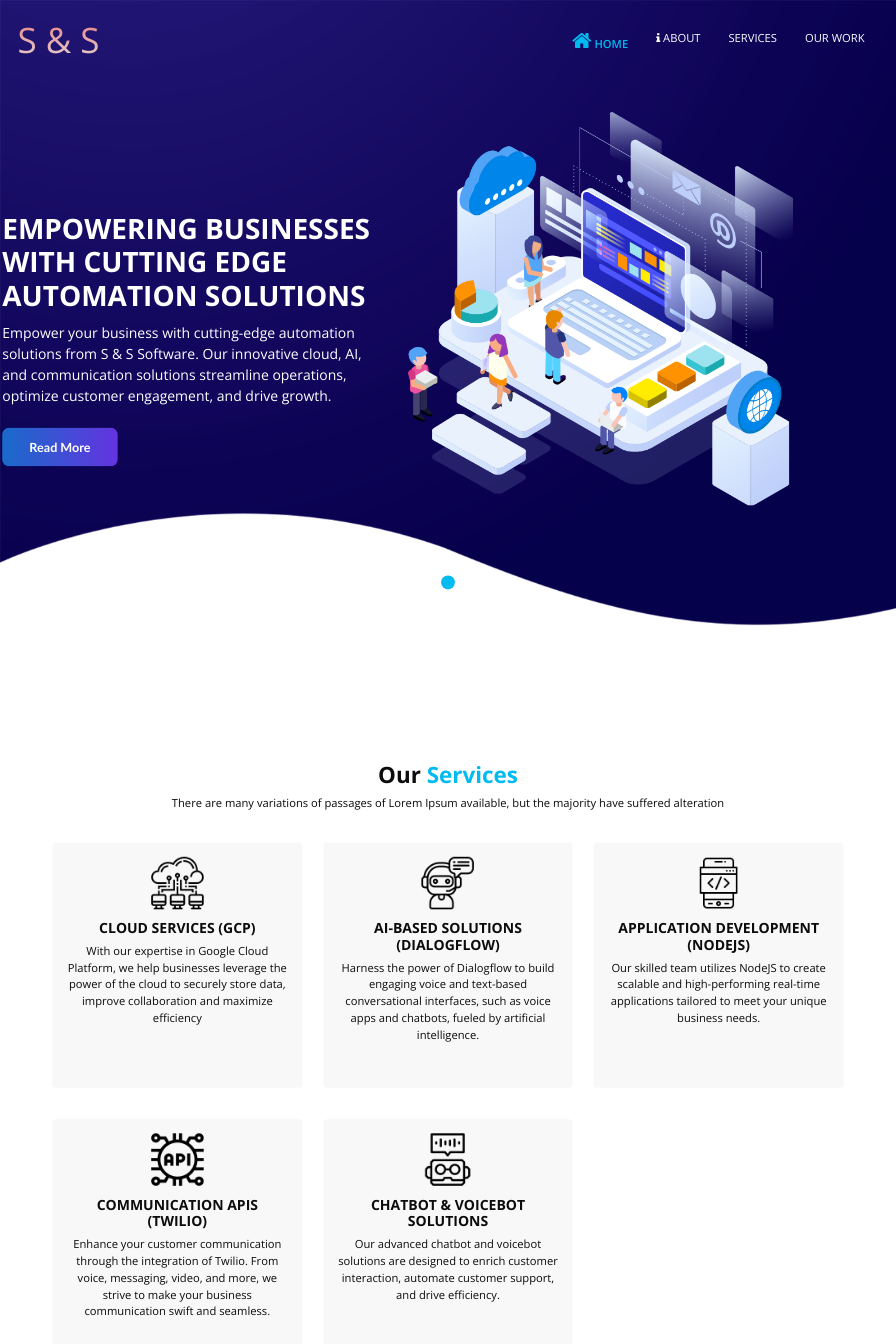
Repository: samuelsns/S-S-Software
Page: index.html
An editor plug-in stored every save of this project. The page is shown before and after the next save, followed by the edit.
The browser window is 1280 px wide. The pictures show the part of the page from y = 0 to 1920 px (the page is 4829 px tall), at 70% of full size.

Above is the page before, as saved 2023-12-01 04:06:52.

### index.html
<!DOCTYPE html>
<html>
  <head>
    <!-- Basic -->
    <meta charset="utf-8" />
    <meta http-equiv="X-UA-Compatible" content="IE=edge" />
    <!-- Mobile Metas -->
    <meta
      name="viewport"
      content="width=device-width, initial-scale=1, shrink-to-fit=no"
    />
    <!-- Site Metas -->
    <meta name="keywords" content="" />
    <meta name="description" content="" />
    <meta name="author" content="" />
    <link rel="shortcut icon" href="images/favicon.png" type="" />

    <title>S&S</title>

    <!-- bootstrap core css -->
    <link rel="stylesheet" type="text/css" href="css/bootstrap.css" />

    <!-- fonts style -->
    <link
      href="https://fonts.googleapis.com/css2?family=Roboto:wght@400;500;700;900&display=swap"
      rel="stylesheet"
    />

    <!--owl slider stylesheet -->
    <link
      rel="stylesheet"
      type="text/css"
      href="https://cdnjs.cloudflare.com/ajax/libs/OwlCarousel2/2.3.4/assets/owl.carousel.min.css"
    />

    <!-- font awesome style -->
    <link href="css/font-awesome.min.css" rel="stylesheet" />

    <!-- Custom styles for this template -->
    <link href="css/style.css" rel="stylesheet" />
    <!-- responsive style -->
    <link href="css/responsive.css" rel="stylesheet" />
  </head>

  <body>
    <div class="hero_area">
      <div class="hero_bg_box">
        <div class="bg_img_box">
          <img src="images/hero-bg.png" alt="" />
        </div>
      </div>

      <!-- header section strats -->
      <header class="header_section">
        <div class="container-fluid">
          <nav class="navbar navbar-expand-lg custom_nav-container">
            <a class="navbar-brand" href="index.html">
              <span> S & S </span>
            </a>

            <button
              class="navbar-toggler"
              type="button"
              data-toggle="collapse"
              data-target="#navbarSupportedContent"
              aria-controls="navbarSupportedContent"
              aria-expanded="false"
              aria-label="Toggle navigation"
            >
              <span class=""> </span>
            </button>

            <div class="collapse navbar-collapse" id="navbarSupportedContent">
              <div class="collapse navbar-collapse" id="navbarSupportedContent">
                <ul class="navbar-nav  ">
                  <li class="nav-item active">
                    <a class="nav-link" href="index.html"><i class="fa fa-home" aria-hidden="true"></i> Home <span class="sr-only">(current)</span></a>
                  </li>
                  <li class="nav-item">
                    <a class="nav-link" href="about.html"><i class="fa fa-info" aria-hidden="true"></i> About</a>
                  </li>
                  <li class="nav-item">
                    <a class="nav-link" href="service.html">Services</a>
                  </li>
                  <li class="nav-item">
                    <a class="nav-link" href="work.html">Our Work</a>
                  </li>
                </ul>
            </div>
          </nav>
        </div>
      </header>
      <!-- end header section -->
      <!-- slider section -->
      <section class="slider_section">
        <div id="customCarousel1" class="carousel slide" data-ride="carousel">
          <div class="carousel-inner">
            <div class="carousel-item active">
              <div class="container">
                <div class="row">
                  <div class="col-md-6">
                    <div class="detail-box">
                      <h1>
                        Empowering Businesses with Cutting Edge Automation
                        Solutions
                      </h1>
                      <p>Empower your business with cutting-edge automation
                        solutions from S & S Software. Our innovative cloud,
                        AI, and communication solutions streamline operations,
                        optimize customer engagement, and drive growth.</p>
                      <div class="btn-box">
                        <a href="about.html" class="btn1"> Read More </a>
                      </div>
                    </div>
                  </div>
                  <div class="col-md-6">
                    <div class="img-box">
                      <img src="images/slider-img.png" alt="" />
                    </div>
                  </div>
                </div>
              </div>
            </div>
            <div class="carousel-item">
              <div class="container">
                <div class="row">
                  <div class="col-md-6">
                    <div class="detail-box">
                      <h1>
                        Transform Customer Interactions with AI-Powered Chat & Voice Bots
                      </h1>
                      <p>
                        Elevate customer experiences with our advanced chat and voice
                        bots. Powered by artificial intelligence, personalized interactions,
                        and seamless communication.
                      </p>
                      <div class="btn-box">
                        <a href="about.html" class="btn1"> Read More </a>
                      </div>
                    </div>
                  </div>
                  <div class="col-md-6">
                    <div class="img-box">
                      <img src="images/slider2-img.png" alt="" />
                    </div>
                  </div>
                </div>
              </div>
            </div>
            <div class="carousel-item">
              <div class="container">
                <div class="row">
                  <div class="col-md-6">
                    <div class="detail-box">
                      <h1>
                        Embrace the Future of Business with Cloud-Powered Automation
                      </h1>
                      <p>
                        Harness the power of cloud technology to transform your
                        business. Our Google Cloud Platform expertise empowers
                        you to securely store data, collaborate effectively,
                        and maximize efficiency.
                      </p>
                      <div class="btn-box">
                        <a href="about.html" class="btn1"> Read More </a>
                      </div>
                    </div>
                  </div>
                  <div class="col-md-6">
                    <div class="img-box">
                      <img src="images/slider3-img.png" alt="" />
                    </div>
                  </div>
                </div>
              </div>
            </div>
          </div>
          <ol class="carousel-indicators">
            <li
              data-target="#customCarousel1"
              data-slide-to="0"
              class="active"
            ></li>
            <li data-target="#customCarousel1" data-slide-to="1"></li>
            <li data-target="#customCarousel1" data-slide-to="2"></li>
          </ol>
        </div>
      </section>
      <!-- end slider section -->
    </div>

    <!-- service section -->

    <section class="service_section layout_padding">
      <div class="service_container">
        <div class="container">
          <div class="heading_container heading_center">
            <h2>Our <span>Services</span></h2>
            <p>
              There are many variations of passages of Lorem Ipsum available,
              but the majority have suffered alteration
            </p>
          </div>
          <div class="row">
            <div class="col-md-4">
              <div class="box">
                <div class="img-box">
                  <img src="images/cloud.png" alt="" />
                </div>
                <div class="detail-box">
                  <h5>Cloud Services (GCP)</h5>
                  <p>
                    With our expertise in Google Cloud Platform,
                    we help businesses leverage the power of the
                    cloud to securely store data, improve
                    collaboration and maximize efficiency
                  </p>
                </div>
              </div>
            </div>
            <div class="col-md-4">
              <div class="box">
                <div class="img-box">
                  <img src="images/ai.png" alt="" />
                </div>
                <div class="detail-box">
                  <h5>AI-Based Solutions (Dialogflow)</h5>
                  <p>
                    Harness the power of Dialogflow to build
                    engaging voice and text-based conversational
                    interfaces, such as voice apps and chatbots,
                    fueled by artificial intelligence.
                  </p>
                </div>
              </div>
            </div>
            <div class="col-md-4">
              <div class="box">
                <div class="img-box">
                  <img src="images/app.png" alt="" />
                </div>
                <div class="detail-box">
                  <h5>Application Development (NodeJS)</h5>
                  <p>
                    Our skilled team utilizes NodeJS to create
                    scalable and high-performing real-time
                    applications tailored to meet your unique
                    business needs.
                  </p>
                </div>
              </div>
            </div>

            <div class="col-md-4">
              <div class="box">
                <div class="img-box">
                  <img src="images/api.png" alt="" />
                </div>
                <div class="detail-box">
                  <h5>Communication APIs (Twilio)</h5>
                  <p>
                    Enhance your customer communication through
                    the integration of Twilio. From voice,
                    messaging, video, and more, we strive to
                    make your business communication swift and seamless.
                  </p>
                </div>
              </div>
            </div>

            <div class="col-md-4">
              <div class="box">
                <div class="img-box">
                  <img src="images/voice.png" alt="" />
                </div>
                <div class="detail-box">
                  <h5>Chatbot & Voicebot Solutions</h5>
                  <p>
                    Our advanced chatbot and voicebot solutions
                    are designed to enrich customer interaction,
                    automate customer support, and drive efficiency.
                  </p>
                </div>
              </div>
            </div>
          </div>
          <div class="btn-box">
            <a href="service.html"> View All </a>
          </div>
        </div>
      </div>
    </section>

    <!-- end service section -->

    <!-- about section -->

    <section class="about_section layout_padding">
      <div class="container">
        <div class="row">
          <div class="col-md-6">
            <div class="img-box">
              <img src="images/about-img.png" alt="" />
            </div>
          </div>
          <div class="col-md-6">
            <div class="detail-box">
              <div class="heading_container heading_center">
                <h2>About <span>Us</span></h2>
              </div>
              <p>
                S & S Software is your trusted partner in automation
                technology, providing state-of-the-art solutions to
                streamline operations, optimize customer engagement,
                and give your business a competitive edge. Leveraging
                advanced technologies like GCP, Dialogflow, NodeJS,
                Twilio, and sophisticated chat and voice bots, we
                empower businesses to harness the power of the cloud,
                build engaging AI-based conversational interfaces,
                create scalable real-time applications, enhance customer
                communication, and automate customer support. Our
                experienced team of developers and consultants
                collaborates closely with you to understand your
                unique needs and deliver custom solutions that exceed
                your expectations. Discover how S & S Software can
                transform your business today.
              </p>
              <a href="about.html"> Read More </a>
            </div>
          </div>
        </div>
      </div>
    </section>

    <!-- end about section -->

    <!-- why section -->

    <section class="why_section layout_padding">
      <div class="container">
        <div class="heading_container heading_center">
          <h2>Why Choose <span>Us</span></h2>
        </div>
        <div class="col-md-8">
          <div class="box">
            <p>
              At S & S Software, we understand that technology drives business.
              That's why we offer superior customer channel automation solutions
              to help you stay ahead of the curve. Our experienced team of
              developers and consultants will work closely with you to
              understand your needs and deliver custom solutions that exceed
              your expectations. Discover how our s kills can boost your
              business today.
            </p>
          </div>
        </div>
      </div>
    </section>

    <!-- end why section -->

    <!-- client section -->
    <section class="client_section layout_padding">
      <div class="container">
        <div class="heading_container heading_center">
          <div class="our-clients">
            <ul>
              <li> <img src="images/1.png" alt=""> <img src="images/1-1.png" alt=""> </li>
              <li> <img src="images/2.png" alt=""> <img src="images/2-2.png" alt=""> </li>
              <li> <img src="images/3.png" alt=""> <img src="images/3-3.png" alt=""> </li>
              <li> <img src="images/4.png" alt=""> <img src="images/4-4.png" alt=""> </li>
              <li> <img src="images/5.png" alt=""> <img src="images/5-5.png" alt=""> </li>
              <li> <img src="images/6.png" alt=""> <img src="images/6-6.png" alt=""> </li>
            </ul>
          </div>
        </div>
      </div>
    </section>
    <!-- end client section -->

      <!-- contact section -->

  <section class="contact_section layout_padding-sm">
    <div class="contact-form">
      <h1>Contact Us</h1>
      <div class="container">
          <div class="main">
              <div class="content">
                  <h2>Contact Us</h2>
                  <form action="#" method="post">
                      <input type="text" name="name" placeholder="Enter Your Name">

                      <input type="email" name="name" placeholder="Enter Your Email">
                      <textarea name="message" placeholder="Your Message"></textarea>
           <button type="submit" class="btn">Send <i class="fas fa-paper-plane"></i></button>
                  </form>
              </div>
              <div class="form-img">
                  <img src="images/contact.png" alt="">
              </div>
          </div>
      </div>
    </div>
  </section>

  <!-- end contact section -->

    <!-- info section -->

    <section class="info_section layout_padding2">
      <div class="container">
        <div class="row">
          <div class="col-md-6 col-lg-3 info_col">
            <div class="info_contact">
              <h4>Address</h4>
              <div class="contact_link_box">
                <a href="https://maps.app.goo.gl/c5CvyGkYoU5ZBVYP8" target="_blank">
                  <i class="fa fa-map-marker" aria-hidden="true"></i>
                  <span> Location </span>
                </a>
                <a href="">
                  <i class="fa fa-phone" aria-hidden="true"></i>
                  <span> Call +251 953118355 </span>
                </a>
                <a href="">
                  <i class="fa fa-envelope" aria-hidden="true"></i>
                  <span> samuel.balcha@gmail.com </span>
                </a>
              </div>
            </div>
            <div class="info_social">
              <a href="">
                <i class="fa fa-facebook" aria-hidden="true"></i>
              </a>
              <a href="">
                <i class="fa fa-twitter" aria-hidden="true"></i>
              </a>
              <a href="">
                <i class="fa fa-linkedin" aria-hidden="true"></i>
              </a>
            </div>
          </div>
          <div class="col-md-6 col-lg-3 info_col">
            <div class="info_detail">
              <h4>Info</h4>
              <p>
                necessary, making this the first true generator on the Internet.
                It uses a dictionary of over 200 Latin words, combined with a
                handful
              </p>
            </div>
          </div>
          <div class="col-md-6 col-lg-2 mx-auto info_col">
            <div class="info_link_box">
              <h4>Links</h4>
              <div class="info_links">
                <a class="active" href="index.html"> Home </a>
                <a class="" href="about.html"> About </a>
                <a class="" href="service.html"> Services </a>
                <a class="" href="work.html"> Our Work </a>
              </div>
            </div>
          </div>

        </div>
      </div>
    </section>

    <!-- end info section -->

    <!-- footer section -->
    <section class="footer_section">
      <div class="container">
        <p>
          &copy; <span id="displayYear"></span> All Rights Reserved by S&S
          Software
        </p>
      </div>
    </section>
    <!-- footer section -->

    <!-- jQery -->
    <script type="text/javascript" src="js/jquery-3.4.1.min.js"></script>
    <!-- popper js -->
    <script
      src="https://cdn.jsdelivr.net/npm/popper.js@1.16.0/dist/umd/popper.min.js"
      integrity="sha384-Q6E9RHvbIyZFJoft+2mJbHaEWldlvI9IOYy5n3zV9zzTtmI3UksdQRVvoxMfooAo"
      crossorigin="anonymous"
    ></script>
    <!-- bootstrap js -->
    <script type="text/javascript" src="js/bootstrap.js"></script>
    <!-- owl slider -->
    <script
      type="text/javascript"
      src="https://cdnjs.cloudflare.com/ajax/libs/OwlCarousel2/2.3.4/owl.carousel.min.js"
    ></script>
    <!-- custom js -->
    <script type="text/javascript" src="js/custom.js"></script>
  </body>
</html>

### css/responsive.css
@media (max-width: 1300px) {
}

@media (max-width: 1120px) {
}

@media (max-width: 992px) {
  .hero_area {
    min-height: auto;
  }

  .hero_area {
    background: linear-gradient(130deg, #231a6f, #0f054c);
  }

  .hero_area .hero_bg_box {
    display: none;
  }

  .slider_section {
    padding: 45px 0 75px 0;
  }

  .custom_nav-container .navbar-nav {
    padding-top: 15px;
    align-items: center;
  }

  .custom_nav-container .navbar-nav .nav-item .nav-link {
    padding: 5px 25px;
    margin: 5px 0;
  }

  .story_section .detail-box p {
    width: 80vw;
  }
}

@media (max-width: 768px) {
  .about_section .img-box {
    margin-bottom: 45px;
  }

  .contact-form .main {
    flex-direction: column;
  }
  .contact-form form {
    margin-top: 30px;
    margin-bottom: 10px;
  }
  .form-img {
    border-radius: 0;
    border-bottom-left-radius: 8px;
    border-bottom-right-radius: 8px;
    order: 2;
  }
  .content {
    order: 1;
    border-top-left-radius: 8px;
    border-top-right-radius: 8px;
  }
}

@media (max-width: 576px) {
  .header_section .header_top .contact_nav a span {
    display: none;
  }

  .client_section .client_container {
    width: 100%;
  }

  .client_section .box {
    margin: 0;
  }

  .owl-nav {
    display: flex;
    justify-content: center;
    margin-top: 45px;
  }

  .client_section .owl-carousel .owl-nav .owl-prev,
  .client_section .owl-carousel .owl-nav .owl-next {
    position: unset;
    margin: 0 2.5px;
  }

  .story_section .detail-box p {
    width: auto;
  }
}

@media (max-width: 480px) {
  .slider_section .detail-box h1 {
    font-size: 2rem;
  }

  .track_section form {
    flex-direction: column;
    align-items: flex-start;
  }

  .track_section form input {
    width: 100%;
  }

  .track_section form button {
    padding: 10px 60px;
    margin-top: 10px;
  }

  .story_section .detail-box p {
    width: auto;
  }
}

@media (max-width: 420px) {
  .service_section .box {
    flex-direction: column;
  }

  .service_section .box .img-box {
    justify-content: flex-start;
    margin-bottom: 15px;
  }

  .story_section .detail-box p {
    width: auto;
  }
}

@media (max-width: 376px) {
  .story_section .detail-box p {
    width: auto;
  }
}

@media (min-width: 1200px) {
  .container {
    max-width: 1170px;
  }
}

Loaded but not shown: css/bootstrap.css (library); css/font-awesome.min.css (library); js/jquery-3.4.1.min.js (library); js/bootstrap.js (library); js/custom.js (34 lines, source omitted); css/style.css (875 lines, source omitted)

After the next save:
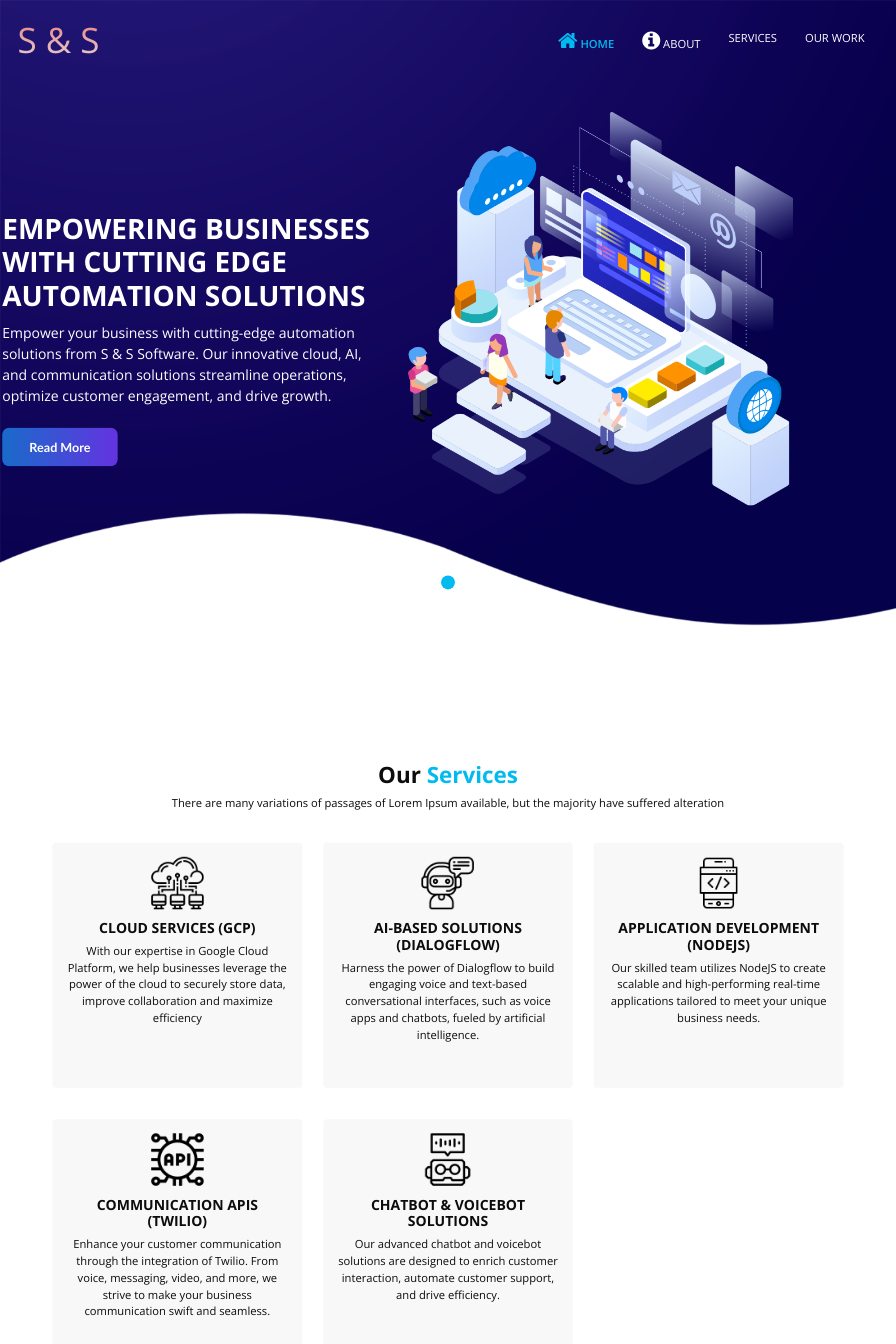
Saved 11 s later.
--- a/index.html
+++ b/index.html
@@ -77,7 +77,7 @@
                     <a class="nav-link" href="index.html"><i class="fa fa-home" aria-hidden="true"></i> Home <span class="sr-only">(current)</span></a>
                   </li>
                   <li class="nav-item">
-                    <a class="nav-link" href="about.html"><i class="fa fa-info" aria-hidden="true"></i> About</a>
+                    <a class="nav-link" href="about.html"><i class="fa fa-info-circle" aria-hidden="true"></i> About</a>
                   </li>
                   <li class="nav-item">
                     <a class="nav-link" href="service.html">Services</a>
